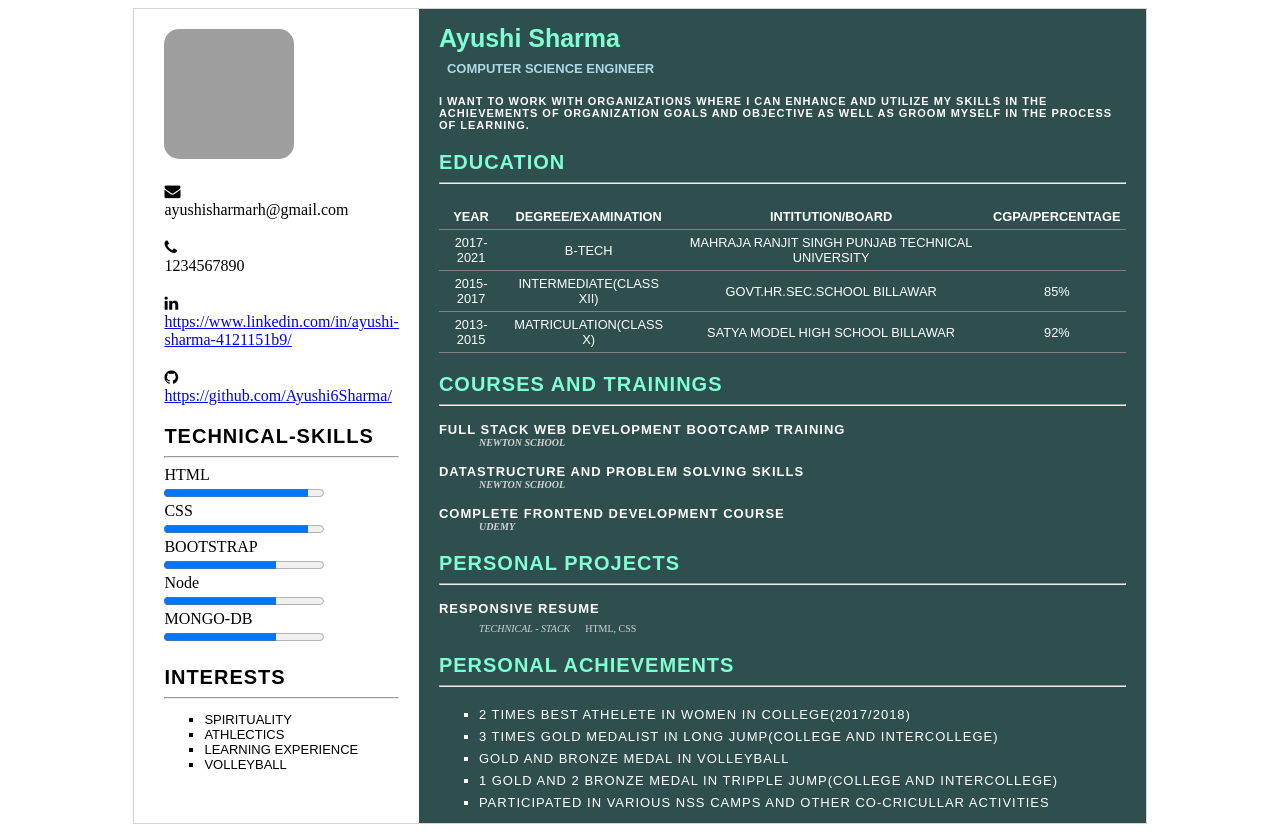
Repository: Ayushi6Sharma/Resume
Page: index.html
These files come from the project's save history. The page is drawn as it stood at one moment and after the next save; the edit follows.
The browser window is 1280 px wide. The pictures show the whole page.
Pictures or frames that could not be fetched are drawn as grey boxes.

Above is the page before, as saved 2022-05-04 17:04:31.

### index.html
<!DOCTYPE html>
<html lang="en">
    <head>
        <meta charset="utf-8">
        <meta http-equiv="X-UA-Compatible" content="IE=edge">
        <meta name="viewport" content="width=device-width, initial-scale=1">
        <meta name="description" content="Responsive resume for companies">
        <meta name="author" content="Ayushi Sharma">
        <div class="profile-linkedin"></div>
        <link rel="stylesheet" href="style.css">
        <!-- <link rel="stylesheet" href="https://cdn.jsdelivr.net/npm/@fortawesome/fontawesome-free@5.15.4/css/fontawesome.min.css" integrity="sha384-jLKHWM3JRmfMU0A5x5AkjWkw/EYfGUAGagvnfryNV3F9VqM98XiIH7VBGVoxVSc7" crossorigin="anonymous"> -->
        <!-- <link href="https://cdnjs.cloudflare.com/ajax/libs/font-awesome/5.13.0/css/all.min.css" rel="stylesheet"> -->
        <link rel="stylesheet" href="https://stackpath.bootstrapcdn.com/font-awesome/4.7.0/css/font-awesome.min.css" integrity="sha384-wvfXpqpZZVQGK6TAh5PVlGOfQNHSoD2xbE+QkPxCAFlNEevoEH3Sl0sibVcOQVnN" crossorigin="anonymous">
        <title>Resume</title>
    </head>
    <body>
        <main class="main-content" contenteditable="false">
            <section>
                <div class="left-main-content">
                    <!-- Profile data -->
                    <div class="profile-data">
                        <div class="profile-image">
                           <img src="https://d3dyfaf3iutrxo.cloudfront.net/thumbnail/user/6c8447b7ed274991ae4f61d43667a32b.jpeg" class="img">
                        </div>
                        <div class="profile-email">
                            <div class="email-icon">
                                <i class="fa fa-envelope"></i>
                            </div>
                            <div class="email-address">
                                ayushisharmarh@gmail.com
                            </div>
                        </div>
                        <div class="profile-contact">
                            <div class="phone-icon">
                                <i class="fa fa-phone"></i>
                            </div>
                            <div class="phone-number">
                                1234567890
                            </div>
                        </div>
                        <div class="profile-linkedin">
                            <div class="linkedid-icon">
                                <i class="fa fa-linkedin"></i>
                            </div>
                            <div class="linkedin-account">
                                <a href="https://www.linkedin.com/in/ayushi-sharma-4121151b9/">https://www.linkedin.com/in/ayushi-sharma-4121151b9/</a>
                            </div>
                        </div>
                        <div class="profile-github">
                            <div class="github-icon">
                                <i class="fa fa-github"></i>
                            </div>
                            <div class="github account-account">
                               <a href="https://github.com/Ayushi6Sharma/">https://github.com/Ayushi6Sharma/</a>
                            </div>
                        </div>
                    </div>
                    <!-- Technical Skills -->
                    <div class="technical-skills">
                        <div class="title">
                            TECHNICAL-SKILLS
                        </div>
                        <hr>
                        <div class="skills">
                            <div class="skill-item">
                                HTML
                            </div>
                            <div class="skill-knowledge">
                                <progress value="90" max="100" class="bar"></progress>
                            </div>
                        </div>
                        <div class="skills">
                            <div class="skill-item">
                                CSS
                            </div>
                            <div class="skill-knowledge">
                                <progress value="90" max="100" class="bar"></progress>
                            </div>
                        </div>
                        <div class="skills">
                            <div class="skill-item">
                                BOOTSTRAP
                            </div>
                            <div class="skill-knowledge">
                                <progress value="70" max="100" class="bar"></progress>
                            </div>
                        </div>
                        <div class="skills">
                            <div class="skill-item">
                                Node
                            </div>
                            <div class="skill-knowledge">
                                <progress value="70" max="100" class="bar"></progress>
                            </div>
                        </div>
                        <div class="skills">
                            <div class="skill-item">
                                MONGO-DB
                            </div>
                            <div class="skill-knowledge">
                                <progress value="70" max="100" class="bar"></progress>
                            </div>
                        </div>
                    </div>
                    <!-- Interests -->
                    <div class="Interests">
                        <div class="title">
                            INTERESTS
                        </div>
                        <hr>
                        <ol class="interest-items">
                            <li>SPIRITUALITY</li>
                            <li>ATHLECTICS</li>
                            <li>LEARNING EXPERIENCE</li>
                            <li>VOLLEYBALL</li>
                        </ol>
                    </div>
                </div>
            </section>
            <!-- section 2 -->
            <section class="section2">
                <div class="right-main-content">
                     <div class="about">
                         <div class="name">Ayushi Sharma</div>
                         <div class="stream">COMPUTER SCIENCE ENGINEER</div>
                         <p class="details">
                             I WANT TO WORK WITH ORGANIZATIONS WHERE I CAN ENHANCE AND UTILIZE MY SKILLS IN THE ACHIEVEMENTS OF
                             ORGANIZATION GOALS AND OBJECTIVE AS WELL AS GROOM MYSELF IN THE PROCESS OF LEARNING.
                         </p>
                     </div>
                     <div class="education">
                         <div class="title-right">
                             EDUCATION
                         </div>
                         <hr>
                         <div class="eduction-table">
                             <table>
                                 <thead>
                                     <tr>
                                         <th>YEAR</th>
                                         <th>DEGREE/EXAMINATION</th>
                                         <th>INTITUTION/BOARD</th>
                                         <th>CGPA/PERCENTAGE</th>
                                     </tr>
                                 </thead>
                                 <tr>
                                     <td>
                                         2017-2021
                                     </td>
                                     <td>
                                        B-TECH
                                     </td>
                                     <td>MAHRAJA RANJIT SINGH PUNJAB TECHNICAL UNIVERSITY</td>
                                     <td></td>
                                 </tr>
                                 <tr>
                                    <td>
                                        2015-2017
                                    </td>
                                    <td>
                                       INTERMEDIATE(CLASS XII)
                                    </td>
                                    <td>GOVT.HR.SEC.SCHOOL BILLAWAR</td>
                                    <td>
                                        85%
                                    </td>
                                </tr>
                                <tr>
                                    <td>
                                        2013-2015
                                    </td>
                                    <td>
                                       MATRICULATION(CLASS X)
                                    </td>
                                    <td>SATYA MODEL HIGH SCHOOL BILLAWAR</td>
                                    <td>
                                        92%
                                    </td>
                                </tr>
                             </table>
                         </div>
                     </div>
                     <div class="courses-and-trainings">
                         <div class="title-right">COURSES AND TRAININGS</div>
                         <hr>
                        <div class="training-1">
                            <dl>
                                <dt class="training-name">
                                    FULL STACK WEB DEVELOPMENT BOOTCAMP TRAINING
                                </dt>
                                <dd class="training-place">
                                    <i>NEWTON SCHOOL</i>
                                </dd>
                            </dl>
                        </div>
                        <div class="training-1">
                            <dl>
                                <dt class="training-name">
                                    DATASTRUCTURE AND PROBLEM SOLVING SKILLS
                                </dt>
                                <dd class="training-place">
                                    <i>NEWTON SCHOOL</i>
                                </dd>
                            </dl>
                        </div>
                        <div class="training-1">
                            <dl>
                                <dt class="training-name">
                                    COMPLETE FRONTEND DEVELOPMENT COURSE
                                </dt>
                                <dd class="training-place">
                                    <i>UDEMY</i>
                                </dd>
                            </dl>
                        </div>
                     </div>
                     <div class="personal-projects">
                        <div class="title-right">
                            PERSONAL PROJECTS
                        </div>
                        <hr>
                        <div class="project">
                            <dl>
                                <dt class="project-name">RESPONSIVE RESUME</dt>
                                <dd class="tech-stack">
                                    <i>TECHNICAL - STACK</i>
                                    <span>&emsp; HTML, CSS<span>
                                </dd>
                            </dl>
                        </div>
                     </div>
                     <div class="personal-achievements">
                        <div class="title-right">
                            PERSONAL ACHIEVEMENTS
                        </div>
                        <hr>
                        <ol class="achievements">
                            <li>2 TIMES BEST ATHELETE IN WOMEN IN COLLEGE<span class="ach-data">(2017/2018)<span></li>
                            <li>3 TIMES GOLD MEDALIST IN LONG JUMP<span class="ach-data">(COLLEGE AND INTERCOLLEGE)<span></li>
                            <li>GOLD AND BRONZE MEDAL IN VOLLEYBALL</li>
                            <li>1 GOLD AND 2 BRONZE MEDAL IN TRIPPLE JUMP<span class="ach-data">(COLLEGE AND INTERCOLLEGE)</span></li>
                            <li>PARTICIPATED IN VARIOUS NSS CAMPS AND OTHER CO-CRICULLAR ACTIVITIES</li>
                        </ol>
                     </div>

                </div>
            </section>
        </main>
    </body>
</html>

### style.css

.main-content
{
    display: grid;
    grid-template-columns:1fr 3fr;
    width:80%;
    margin: auto;
    border:1px solid lightgrey;
}
.left-main-content
 {
     /* grid-column: span 1; */
    padding-left: 30px;
    padding-right: 20px;
}
.section2
{
    background-color:#2F4F4F;
}
.right-main-content
{
    /* grid-column: span 1/span 2; */
    padding-left:20px;
    padding-right: 20px;
    background-color:#2F4F4F;
}
.profile-data > div{
    margin-top: 20px;
}
/* profile data */
.img
{
    width:130px;
    height:130px;
    border-radius:15px;
}
/* technical skills */
.title{
    margin-top: 20px;
    font-weight: bold;
    font-size: 20px;
    letter-spacing: 1px;
    font-family: sans-serif;
}
.title-right{
    margin-top: 20px;
    font-weight: bold;
    font-size: 20px;
    letter-spacing: 1px;
    font-family: sans-serif;
    color:aquamarine;
}
/* Interest */
.interest-items{
    list-style-type: square;
    font-size: 13px;
    font-family: sans-serif;
}
/* Right main content */
.name
{
    font-weight:bolder;
    font-size:25px;
    font-family: sans-serif;
    padding-top: 15px;
    color:aquamarine;
}
.stream
{
    color: lightblue;
    font-family: sans-serif;
    font-size: 13px;
    padding: 8px;
    font-weight: bold;
}
.details
{
    font-size: 11px;
    font-family: sans-serif;
    font-weight: bold;
    letter-spacing: 1px;
    color:white;
}
/* EDUCTAION */
.eduction-table
{
    margin-top: 20px;
}
table,th,td
{
    border-bottom:1px solid grey;
    border-collapse: collapse;
    text-align: center;
    padding:5px;
    font-size: 1vw;
    font-family: sans-serif;
    color:white;
}
/* TRIANING AND COURSES */
.training-name
{
    font-weight: bold;
    font-size:13px;
    font-family: sans-serif;
    color:white;
    letter-spacing: 1px;
}
.training-place
{
    font-weight: bold;
    font-size: 10px;
    color:lightgrey;
}
/* PROJECTS */
.project-name
{
    letter-spacing: 1px;
    font-weight: bold;
    font-size:13px;
    font-family: sans-serif;
    color:white;
}
.tech-stack
{
    color:lightgrey;
    font-size: 10px;
    padding-top: 7px;
}
.stack-name li
{
    list-style-type: square;
}
/* ACHIEVEMENTS */
.achievements
{
    list-style-type: square;
    font-size: 13px;
    font-family:sans-serif;
    letter-spacing: 1px;
}
.achievements li
{
    padding-top: 7px;
    color:white;
    /* padding-bottom: 20px; */
}
/* media queries for responsive page */

@media only screen and (max-width:480px)
{   .main-content
    {
        grid-template-columns:repeat(1,1fr);
        width:100%;
    }
    .title
    {
        font-size: 15px;
    }
    th,td
    {
        font-size:10px;
        padding: 2px;
    }
    .training-name
    {
        font-size:10px;
    }
    .training-place
    {
        font-size: 8px;
    }
}
@media only screen and (min-width:481px) and (max-width:768px)
{
    .main-content
    {
        grid-template-columns:repeat(1,1fr);
        width:100%;
    }
    .title
    {
        font-size: 18px;
    }
    table,th,td
    {
        font-size: 10px;
    }
    .training-name
    {
        font-size:12px;
    }
    .training-place
    {
        font-size: 9px;
    }
}
@media only screen and (min-width:481px) and (max-width:768px)
{
    th,td
    {
        font-size: 10px;
        padding: 5px;
    }
}

After the next save:
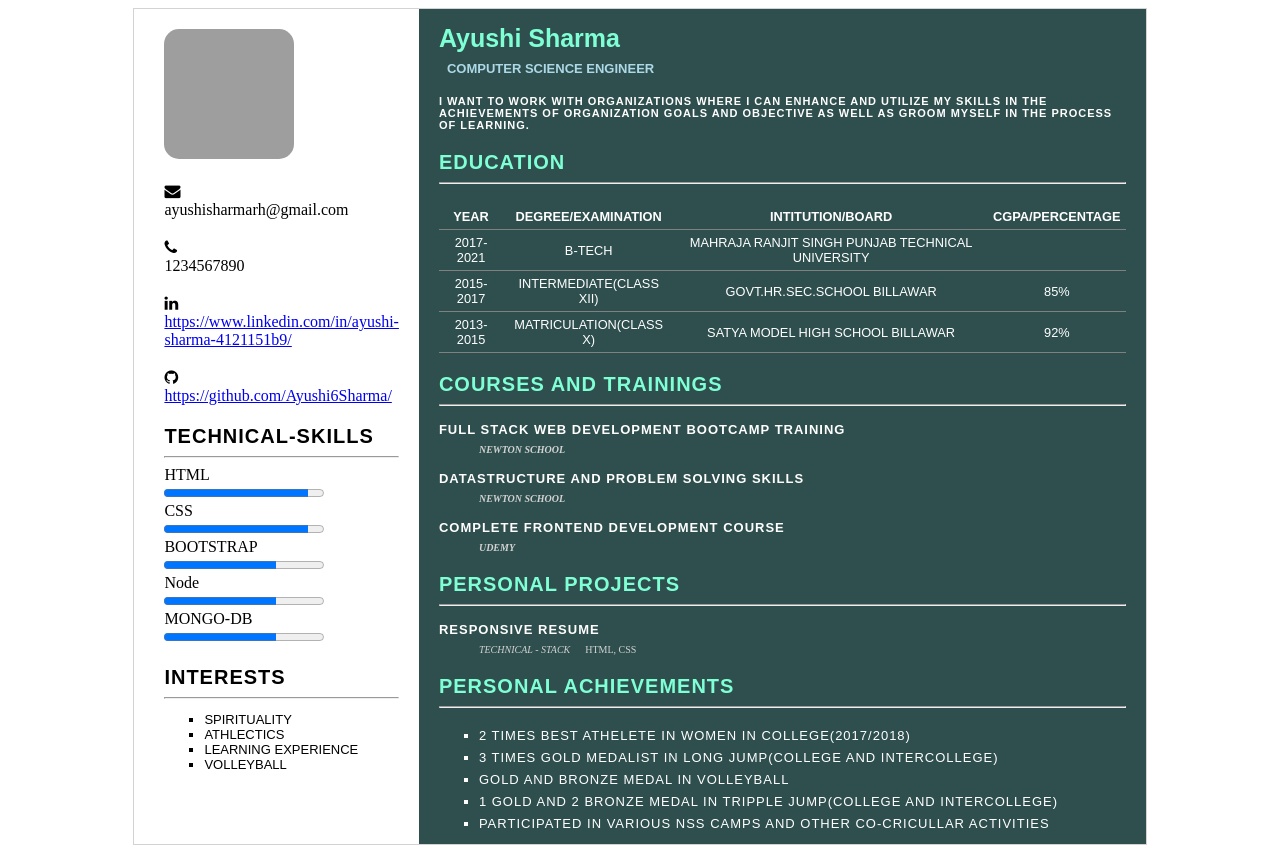
Saved 16 s later.
--- a/style.css
+++ b/style.css
@@ -110,6 +110,7 @@ table,th,td
     font-weight: bold;
     font-size: 10px;
     color:lightgrey;
+    padding-top: 7px;
 }
 /* PROJECTS */
 .project-name
